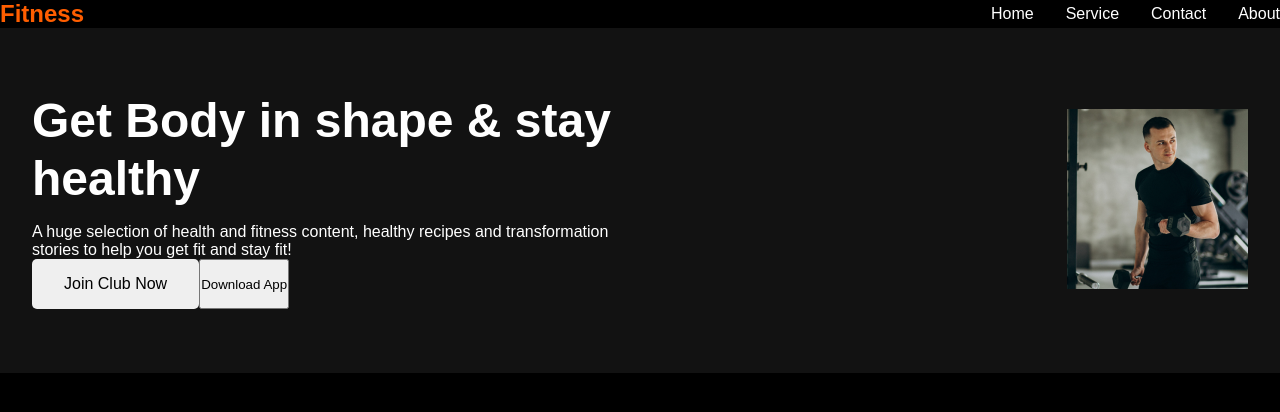
Repository: Aminul-Islam85/Assignment-2
Page: index.html
The author's editor kept a copy of each file at every save. The page is drawn from the files as they stood at one save, then again after the next save.
The browser window is 1280 px wide. The pictures show the whole page.

Above is the page before, as saved 2024-10-23 15:22:36.

After the next save:
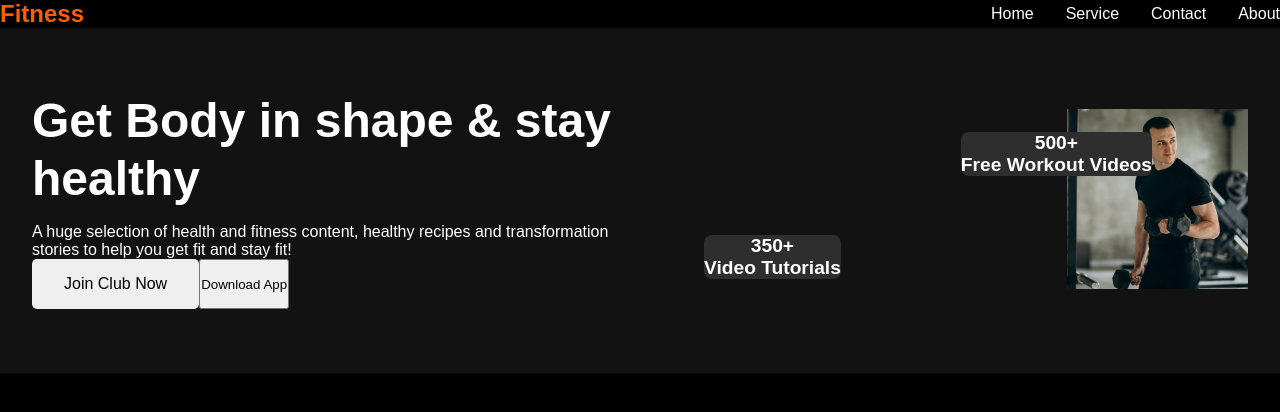
Saved 2 min 58 s later.
--- a/index.html
+++ b/index.html
@@ -35,6 +35,9 @@
         <div class="hero-image">
             <img src="images/image 5.png" alt="Trainer">
         </div>
+
+        <div class="info-card workout-card">500+<br>Free Workout Videos</div>
+        <div class="info-card tutorial-card">350+<br>Video Tutorials</div>
     </section>
 
 
